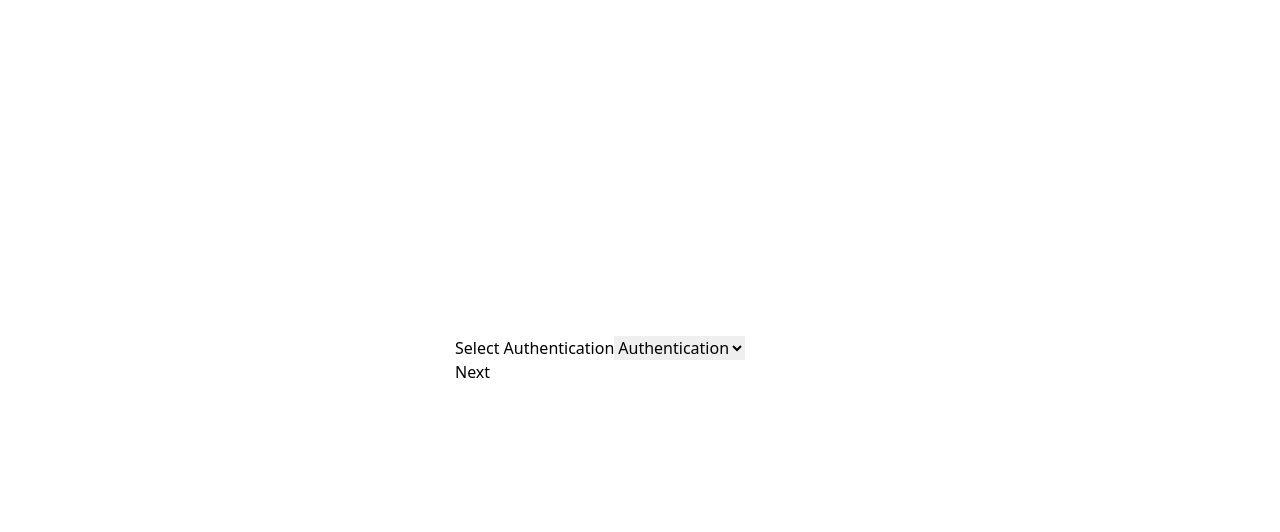
Repository: AbdalrahmanEldeep/FIBOTIC
Page: /
An editor plug-in stored every save of this project. The page is shown before and after a run of saves, followed by the edit.
The browser window is 1280 px wide. The pictures show the whole page.
The project was rebuilt for these pictures with package versions that can differ from the ones it lists, and the page was loaded fresh each time. Also part of the build but not shown: vite.config.js, src/pages/protecter.jsx, src/pages/exame.jsx.

Above is the page before, as saved 2023-01-06 23:21:34.

After the next 2 saves:
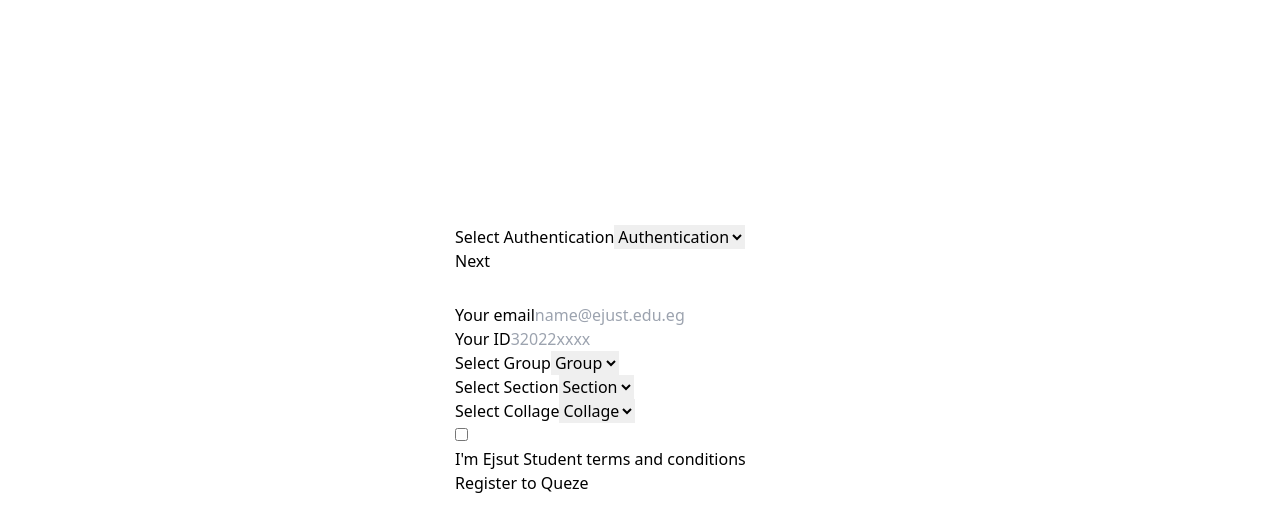
The 2 saves are shown as one change because 1 did not build or start.
The last was saved 97 s later.
--- a/src/pages/home.jsx
+++ b/src/pages/home.jsx
@@ -1,6 +1,7 @@
 import React from 'react'
 import styled from 'styled-components'
 import { CntForm } from '../components/cntForm'
+import { StdForm } from '../components/stdForm'
 
 const Container = styled.div`
 
@@ -20,6 +21,7 @@
     <>
     <Container>
       <CntForm/>
+      <StdForm/>
     </Container>
     </>
   )
--- a/src/components/stdForm.jsx
+++ b/src/components/stdForm.jsx
@@ -1,6 +1,6 @@
 import React from 'react'
 
-export const Form = () => {
+export const StdForm = () => {
   return (
     <form className='shadow' style={{padding:"15px"}}>
             <div className="mb-6">

After the save that followed:
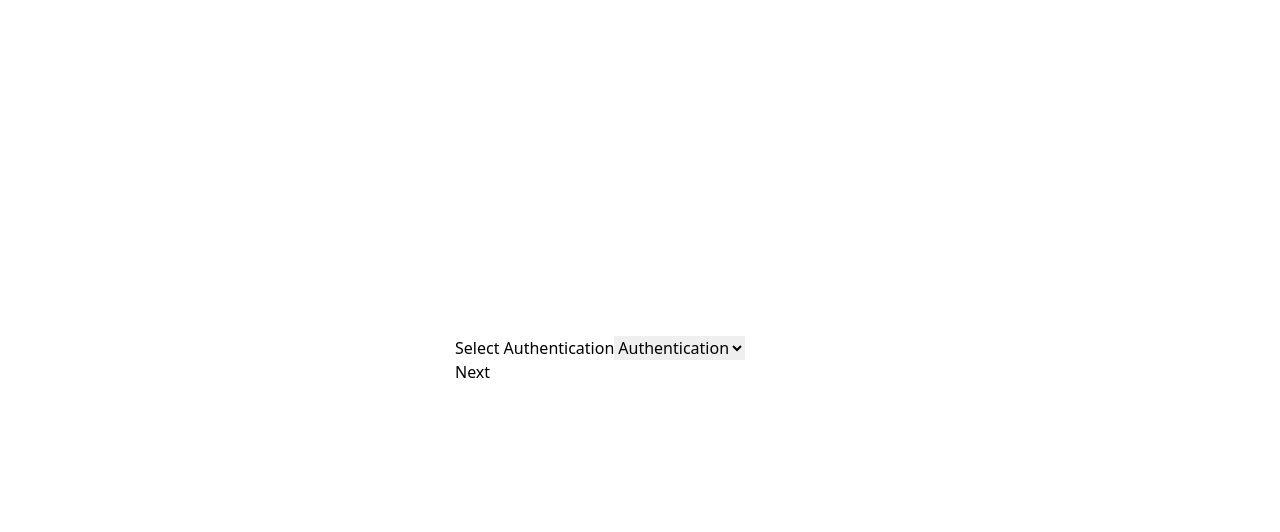
Saved 29 s later.
--- a/src/pages/home.jsx
+++ b/src/pages/home.jsx
@@ -21,7 +21,6 @@
     <>
     <Container>
       <CntForm/>
-      <StdForm/>
     </Container>
     </>
   )
